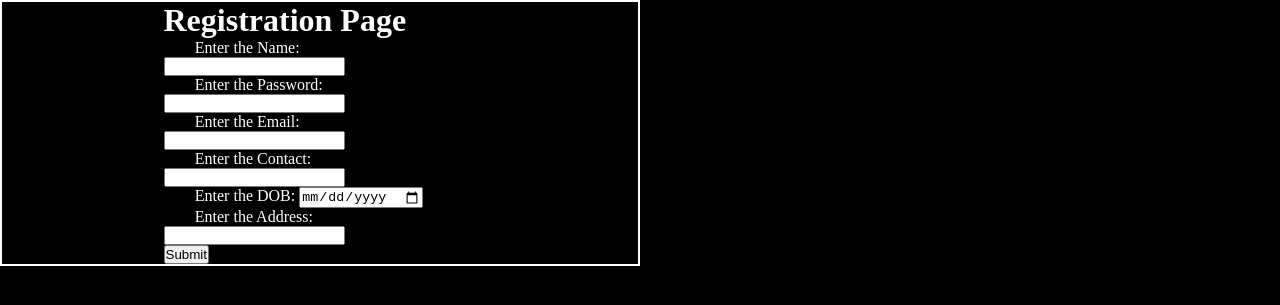
Repository: Pradeep4802/utopiatech
Page: eclipse-workspace/OwnServlet/src/main/webapp/Home.html
These files come from the project's save history. The page is drawn as it stood at one moment and after the next save; the edit follows.
The browser window is 1280 px wide. The pictures show the whole page.

Above is the page before, as saved 2023-10-09 10:03:48.

### eclipse-workspace/OwnServlet/src/main/webapp/Home.html
<!DOCTYPE html>
<html>
<head>
<meta charset="UTF-8">
<title>Form</title>
<style>
* {
	margin: 0;
	padding: 0;
	box-sizing: border-box;
}

body {
	background: black;
}

.container {
	border: 2px solid white;
	width: 50%;
	display: flex;
	justify-content: center;
}

.container form h1 {
	color: white;
}

label {
	color: white;
	margin: 10%;
}
</style>
</head>
<body>
	<div class="container">
		<form action="" method="get">
			<h1>Registration Page</h1>

			<label for="user_name">Enter the Name: <input type="text"
				name="user_name" /></label><br> <label for="user_pass">Enter
				the Password: <input type="password" name="user_pass" />
			</label><br> <label for="user_email">Enter the Email: <input
				type="email" name="user_email" /></label><br> <label
				for="user_contact">Enter the Contact: <input type="number"
				name="user_contact" /></label><br> <label for="user_dob">Enter
				the DOB: <input type="date" name="user_dob" />
			</label><br> <label for="user_address">Enter the Address: <input
				type="text" name="user_address" /></label> <br> <input type="submit"
				value="Submit" />

		</form>
	</div>
</body>
</html>

After the next save:
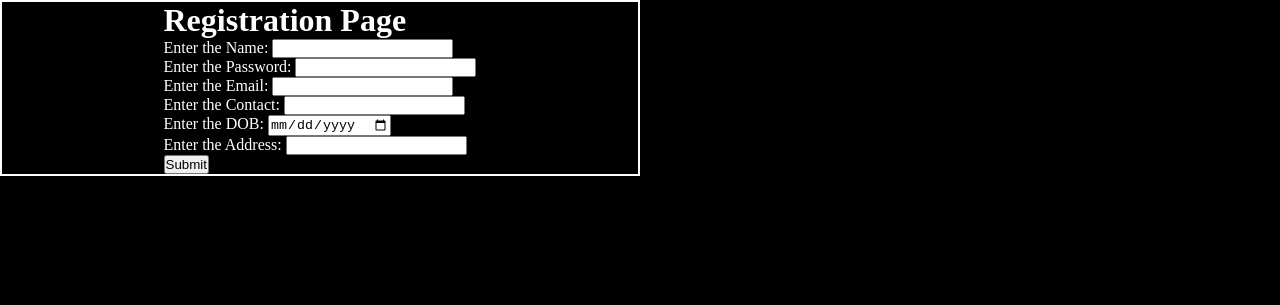
Saved 5 min 46 s later.
--- a/eclipse-workspace/OwnServlet/src/main/webapp/Home.html
+++ b/eclipse-workspace/OwnServlet/src/main/webapp/Home.html
@@ -27,7 +27,6 @@ body {
 
 label {
 	color: white;
-	margin: 10%;
 }
 </style>
 </head>
